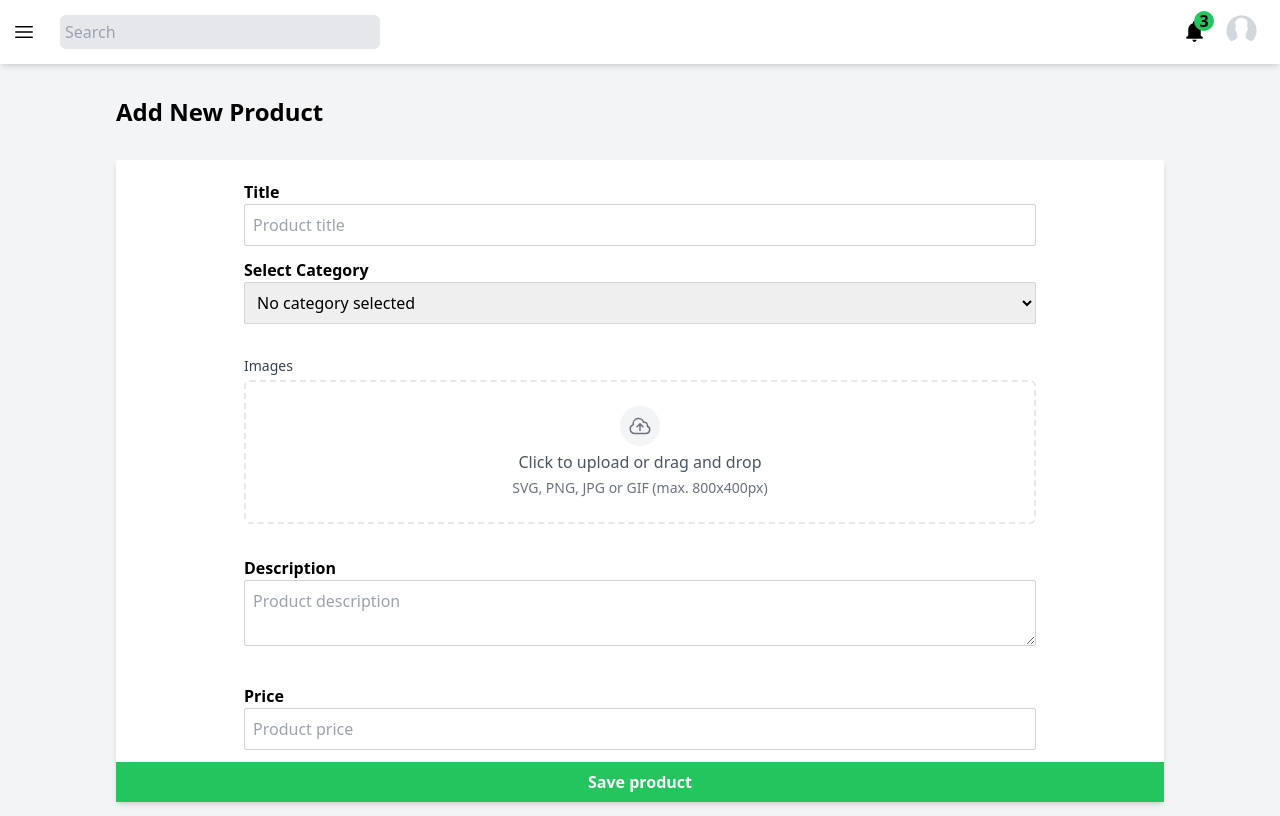
Repository: IssaMuiz/ifarmstock-admin
Page: /new-product
An editor plug-in stored every save of this project. The page is shown before and after the next save, followed by the edit.
The browser window is 1280 px wide. The pictures show the whole page.
The page's requests for data from a server got no answer. The project was rebuilt for these pictures with package versions that can differ from the ones it lists, and the page was loaded fresh each time. The framework's server and built-in components were replaced by stand-ins that run in the browser. No one was signed in, and anything a server would have sent is missing. Also part of the build but not shown: next.config.mjs.

Above is the page before, as saved 2024-10-13 00:11:13.

### app/layout.tsx
import type { Metadata } from "next";
import localFont from "next/font/local";
import "./globals.css";
import ClientSessionProvider from "../components/clientSessionProvider";

const geistSans = localFont({
  src: "./fonts/GeistVF.woff",
  variable: "--font-geist-sans",
  weight: "100 900",
});
const geistMono = localFont({
  src: "./fonts/GeistMonoVF.woff",
  variable: "--font-geist-mono",
  weight: "100 900",
});

export const metadata: Metadata = {
  title: "iFarmStock-admin",
  description: "Generated by create next app",
};

export default function RootLayout({
  children,
}: Readonly<{
  children: React.ReactNode;
}>) {
  return (
    <html lang="en">
      <body
        className={`${geistSans.variable} ${geistMono.variable} antialiased mx-5 bg-gray-100`}
      >
        <ClientSessionProvider>{children}</ClientSessionProvider>
      </body>
    </html>
  );
}

### app/new-product/page.tsx
import React from "react";

const NewProduct = () => {
  return (
    <section className="mt-24 min-h-screen  mx-12 md:mx-24">
      <div>
        <h1 className="text-2xl font-semibold mb-8">Add New Product</h1>
      </div>
      <form className="bg-white rounded-sm shadow-md">
        <div className="px-5 md:px-32 mb-3 pt-5">
          <label className="text-md font-semibold">Title</label>
          <input
            type="text"
            placeholder="Product title"
            className="w-full border border-gray-300 rounded-sm p-2"
          />
        </div>
        <div className="px-5 md:px-32 mb-3">
          <label className="text-md font-semibold pt-5">Select Category</label>
          <select className="w-full border border-gray-300 rounded-sm p-2">
            <option value="">No category selected</option>
            <option value="">Option2</option>
            <option value="">Option3</option>
          </select>
        </div>

        <div className="px-5 md:px-32 mb-3 pt-5">
          <label className="mb-1 block text-sm font-medium text-gray-700">
            Images
          </label>
          <label className="flex w-full cursor-pointer appearance-none items-center justify-center rounded-md border-2 border-dashed border-gray-200 p-6 transition-all hover:border-primary-300">
            <div className="space-y-1 text-center">
              <div className="mx-auto inline-flex h-10 w-10 items-center justify-center rounded-full bg-gray-100">
                <svg
                  xmlns="http://www.w3.org/2000/svg"
                  fill="none"
                  viewBox="0 0 24 24"
                  stroke-width="1.5"
                  stroke="currentColor"
                  className="h-6 w-6 text-gray-500"
                >
                  <path
                    stroke-linecap="round"
                    stroke-linejoin="round"
                    d="M12 16.5V9.75m0 0l3 3m-3-3l-3 3M6.75 19.5a4.5 4.5 0 01-1.41-8.775 5.25 5.25 0 0110.233-2.33 3 3 0 013.758 3.848A3.752 3.752 0 0118 19.5H6.75z"
                  />
                </svg>
              </div>
              <div className="text-gray-600">
                <a
                  href="#"
                  className="font-medium text-primary-500 hover:text-primary-700"
                >
                  Click to upload
                </a>{" "}
                or drag and drop
              </div>
              <p className="text-sm text-gray-500">
                SVG, PNG, JPG or GIF (max. 800x400px)
              </p>
            </div>
            <input type="file" className="sr-only" />
          </label>
        </div>
        <div className="px-5 md:px-32 mb-3 pt-5">
          <label className="text-md font-semibold">Description</label>
          <textarea
            placeholder="Product description"
            className="w-full border border-gray-300 rounded-sm p-2"
          />
        </div>
        <div className="px-5 md:px-32 mb-3 pt-5">
          <label className="text-md font-semibold">Price</label>
          <input
            type="number"
            placeholder="Product price"
            className="w-full border border-gray-300 rounded-sm p-2"
          />
        </div>
        <button
          type="submit"
          className="p-2 w-full hover:bg-green-600 bg-green-500 text-white font-semibold"
        >
          Save product
        </button>
      </form>
    </section>
  );
};

export default NewProduct;

### components/clientSessionProvider.tsx
"use client";

import { SessionProvider } from "next-auth/react";
import { ReactNode, useState } from "react";
import Navbar from "./navbar";
import Sidenav from "./sidenav";
import { usePathname } from "next/navigation";
export default function ClientSessionProvider({
  children,
}: {
  children: ReactNode;
}) {
  const [showSidebar, setShowSidebar] = useState(false);

  const pathname = usePathname();

  const noNavRoutes = [
    "/",
    "/forgot-password",
    "/reset-password",
    "/signup",
    "/verify-email",
  ];
  const toggleSidebar = () => {
    setShowSidebar((prev) => !prev);
  };
  return (
    <SessionProvider>
      <main className="flex ">
        <Sidenav showSidebar={showSidebar} setShowSidebar={setShowSidebar} />

        <div
          className={`fixed block xl:hidden inset-0 bg-black transition-opacity duration-300 ease-in-out z-10 ${
            showSidebar
              ? "opacity-40 pointer-events-auto"
              : "opacity-0 pointer-events-none"
          }`}
          onClick={toggleSidebar}
        ></div>
        <section
          className={`relative z-0 transition-all duration-300 ease-in-out ${
            showSidebar ? "xl:ml-64" : "w-full"
          }  flex-1`}
        >
          {!noNavRoutes.includes(pathname) && (
            <Navbar toggleSidebar={toggleSidebar} showSidebar={showSidebar} />
          )}

          {children}
        </section>
      </main>
    </SessionProvider>
  );
}

### components/navbar.tsx
import React, { useEffect, useRef } from "react";
import { useSession } from "next-auth/react";
import Image from "next/image";
import { useState } from "react";
import { signOut } from "next-auth/react";

interface ToggleSidebar {
  toggleSidebar: (event: React.MouseEvent<HTMLOrSVGElement>) => void;
  showSidebar: boolean;
}
const Navbar = ({ toggleSidebar, showSidebar }: ToggleSidebar) => {
  const [showProfile, setShowProfile] = useState(false);
  const { data: session } = useSession();
  const dropdownRef = useRef<HTMLDivElement>(null);

  const toggleShowProfile = () => {
    setShowProfile((prev) => !prev);
  };

  const handleClickOutside = (e: MouseEvent) => {
    if (
      dropdownRef.current &&
      !dropdownRef.current.contains(e.target as Node)
    ) {
      setShowProfile(false);
    }
  };

  useEffect(() => {
    document.addEventListener("mousedown", handleClickOutside);

    return () => {
      document.removeEventListener("mousedown", handleClickOutside);
    };
  }, []);
  return (
    <nav
      className={`bg-white h-16 fixed top-0 left-0 ${
        showSidebar ? "xl:left-64" : "w-full"
      } right-0 shadow-md z-10 transition-all ease-in-out duration-300`}
    >
      <div className="mx-auto flex justify-between p-2">
        <div className="leftnav flex-1 flex gap-2 md:gap-5 items-center ">
          <svg
            onClick={toggleSidebar}
            xmlns="http://www.w3.org/2000/svg"
            viewBox="0 0 24 24"
            strokeWidth={1.5}
            stroke="currentColor"
            className="size-8 rounded-sm cursor-pointer p-1 hover:bg-gray-300"
          >
            <path
              strokeLinecap="round"
              strokeLinejoin="round"
              d="M3.75 6.75h16.5M3.75 12h16.5m-16.5 5.25h16.5"
            />
          </svg>

          <input
            type="text"
            placeholder="Search"
            className="p-1 bg-gray-200 rounded-md max-w-80 flex-1 border outline-none"
          />
        </div>
        <div className="right-nav flex items-center gap-1 ml-2">
          <div className="relative cursor-pointer hover:bg-gray-300 rounded-sm p-2">
            <svg
              xmlns="http://www.w3.org/2000/svg"
              x="0px"
              y="0px"
              width="25"
              height="25"
              viewBox="0 0 24 24"
              className="fill:#1A1A1A;"
            >
              <path d="M 12 2 C 11.172 2 10.5 2.672 10.5 3.5 L 10.5 4.1953125 C 7.9131836 4.862095 6 7.2048001 6 10 L 6 16 L 4.4648438 17.15625 L 4.4628906 17.15625 A 1 1 0 0 0 4 18 A 1 1 0 0 0 5 19 L 12 19 L 19 19 A 1 1 0 0 0 20 18 A 1 1 0 0 0 19.537109 17.15625 L 18 16 L 18 10 C 18 7.2048001 16.086816 4.862095 13.5 4.1953125 L 13.5 3.5 C 13.5 2.672 12.828 2 12 2 z M 10 20 C 10 21.1 10.9 22 12 22 C 13.1 22 14 21.1 14 20 L 10 20 z"></path>
            </svg>
            <span className=" absolute flex items-center justify-center font-semibold top-0 left-5 bg-green-500 p-1 h-5 w-5 rounded-full">
              3
            </span>
          </div>
          <div className="relative ">
            <div
              className="cursor-pointer hover:bg-gray-100 flex items-center"
              onClick={toggleShowProfile}
            >
              <Image
                src={session?.user?.image || "/assets/images/avatar.png"}
                alt="profile-image"
                width={45}
                height={45}
                className="rounded-md p-1"
              />
              <div className="flex-col hidden md:flex p-1">
                <p className="font-semibold text-xs">{session?.user?.name}</p>
                <p>{session?.user?.email}</p>
              </div>
            </div>
            {showProfile && (
              <div
                ref={dropdownRef}
                className="bg-white shadow top-14 -right-2 absolute w-60 md:w-[18rem] text-xl font-semibold rounded-sm "
              >
                <div className="flex flex-col gap-3">
                  <p className="hover:bg-gray-300 cursor-pointer px-4 py-2 mt-5 transition-all ease-in-out duration-300 text-xs">
                    Profile
                  </p>
                  <hr />
                  <p
                    onClick={() => signOut()}
                    className="hover:bg-gray-300 cursor-pointer px-4 py-2 mb-2 transition-all ease-in-out duration-300 border-gray-300 text-xs"
                  >
                    Sign Out
                  </p>
                </div>
              </div>
            )}
          </div>
        </div>
      </div>
    </nav>
  );
};

export default Navbar;

### components/sidenav.tsx
import React from "react";
import Link from "next/link";

interface Sidebar {
  showSidebar: boolean;
  setShowSidebar: (Sidebar: boolean) => void;
}
const Sidenav = ({ showSidebar, setShowSidebar }: Sidebar) => {
  const closeSidebar = () => {
    if (window.innerWidth < 1280) {
      setShowSidebar(false);
    }
  };
  return (
    <aside className="h-20 overflow-y-auto">
      <div
        className={`fixed w-64 overflow-x-hidden scrollbar  overflow-auto z-20 left-0 top-0 bottom-0 transform transition-transform duration-300  bg-gray-600 ${
          showSidebar ? "translate-x-0" : "-translate-x-full"
        }`}
      >
        <div className="bg-green-600 h-16 flex items-center gap-2 font-bold justify-center">
          <p className="text-2xl">iFarmStock</p>
          <p className="bg-white p-1 rounded-sm font-semibold text-sm">ADMIN</p>
        </div>
        <div className="flex flex-col items-start gap-6 text-white text-base font-semibold mt-10">
          <Link
            onClick={closeSidebar}
            href="/dashboard"
            className="flex gap-5 w-full items-center py-3 px-6 hover:bg-gray-500 cursor-pointer"
          >
            <svg
              width="25px"
              height="25px"
              viewBox="0 0 24 24"
              fill="none"
              xmlns="http://www.w3.org/2000/svg"
            >
              <path
                d="M21.54 19.25H21.31C21.2159 19.2194 21.1288 19.1706 21.0537 19.1062C20.9785 19.0418 20.9169 18.9632 20.8723 18.8749C20.8277 18.7866 20.8009 18.6903 20.7937 18.5917C20.7864 18.493 20.7988 18.3939 20.83 18.3C21.2622 16.9152 21.3626 15.4482 21.1231 14.0175C20.8837 12.5868 20.3111 11.2324 19.4516 10.0638C18.5921 8.89521 17.4698 7.94514 16.1754 7.29034C14.8809 6.63553 13.4506 6.29435 12 6.29435C10.5494 6.29435 9.11906 6.63553 7.82462 7.29034C6.53019 7.94514 5.4079 8.89521 4.54841 10.0638C3.68892 11.2324 3.11633 12.5868 2.87688 14.0175C2.63743 15.4482 2.73784 16.9152 3.17 18.3C3.21197 18.396 3.23338 18.4997 3.23284 18.6044C3.2323 18.7092 3.20983 18.8126 3.16687 18.9082C3.12391 19.0037 3.06142 19.0892 2.98341 19.1591C2.90541 19.229 2.81363 19.2818 2.71398 19.314C2.61434 19.3463 2.50903 19.3574 2.40485 19.3465C2.30068 19.3356 2.19994 19.303 2.10912 19.2508C2.01831 19.1986 1.93943 19.128 1.87758 19.0434C1.81573 18.9589 1.77226 18.8624 1.75 18.76C1.28255 17.2814 1.14055 15.7191 1.33375 14.1804C1.52694 12.6417 2.05074 11.1631 2.86922 9.84591C3.68769 8.52873 4.78146 7.40423 6.07545 6.54957C7.36945 5.69492 8.83303 5.13034 10.3658 4.89459C11.8985 4.65884 13.4641 4.7575 14.9551 5.1838C16.4461 5.61009 17.8273 6.35393 19.0037 7.36426C20.1802 8.3746 21.1241 9.62751 21.7708 11.037C22.4174 12.4465 22.7515 13.9792 22.75 15.53C22.75 16.6259 22.5814 17.7154 22.25 18.76C22.1977 18.9057 22.1011 19.0313 21.9738 19.1192C21.8464 19.2071 21.6947 19.2528 21.54 19.25Z"
                fill="#ffffff"
              />
              <path
                d="M21.54 19.25H2.45999C2.26108 19.25 2.07031 19.171 1.92966 19.0303C1.78901 18.8897 1.70999 18.6989 1.70999 18.5C1.70999 18.3011 1.78901 18.1103 1.92966 17.9697C2.07031 17.829 2.26108 17.75 2.45999 17.75H21.54C21.7389 17.75 21.9297 17.829 22.0703 17.9697C22.211 18.1103 22.29 18.3011 22.29 18.5C22.29 18.6989 22.211 18.8897 22.0703 19.0303C21.9297 19.171 21.7389 19.25 21.54 19.25Z"
                fill="#ffffff"
              />
              <path
                d="M12 16.25C11.9015 16.2505 11.8038 16.2312 11.7128 16.1935C11.6218 16.1557 11.5392 16.1001 11.47 16.03C11.3295 15.8894 11.2507 15.6988 11.2507 15.5C11.2507 15.3013 11.3295 15.1106 11.47 14.97L15.47 10.97C15.613 10.8661 15.788 10.8161 15.9643 10.8287C16.1406 10.8413 16.3067 10.9157 16.4335 11.0389C16.5602 11.162 16.6394 11.326 16.6571 11.5018C16.6747 11.6777 16.6297 11.8541 16.53 12L12.53 16C12.4633 16.0756 12.3819 16.1367 12.2908 16.1797C12.1997 16.2227 12.1007 16.2466 12 16.25Z"
                fill="#ffffff"
              />
            </svg>
            <p>Dashboard</p>
          </Link>
          <Link
            onClick={closeSidebar}
            href="/products"
            className="flex gap-5 w-full items-center py-3 px-6 hover:bg-gray-500 cursor-pointer"
          >
            <svg
              xmlns="http://www.w3.org/2000/svg"
              fill="none"
              viewBox="0 0 24 24"
              strokeWidth={1.5}
              stroke="currentColor"
              className="size-6"
            >
              <path
                strokeLinecap="round"
                strokeLinejoin="round"
                d="M6 6.878V6a2.25 2.25 0 0 1 2.25-2.25h7.5A2.25 2.25 0 0 1 18 6v.878m-12 0c.235-.083.487-.128.75-.128h10.5c.263 0 .515.045.75.128m-12 0A2.25 2.25 0 0 0 4.5 9v.878m13.5-3A2.25 2.25 0 0 1 19.5 9v.878m0 0a2.246 2.246 0 0 0-.75-.128H5.25c-.263 0-.515.045-.75.128m15 0A2.25 2.25 0 0 1 21 12v6a2.25 2.25 0 0 1-2.25 2.25H5.25A2.25 2.25 0 0 1 3 18v-6c0-.98.626-1.813 1.5-2.122"
              />
            </svg>

            <p>Products</p>
          </Link>
          <Link
            onClick={closeSidebar}
            href="/categories"
            className="flex gap-5 w-full items-center py-3 px-6 hover:bg-gray-500 cursor-pointer"
          >
            <svg
              xmlns="http://www.w3.org/2000/svg"
              fill="none"
              viewBox="0 0 24 24"
              strokeWidth={1.5}
              stroke="currentColor"
              className="size-6"
            >
              <path
                strokeLinecap="round"
                strokeLinejoin="round"
                d="M20.25 6.375c0 2.278-3.694 4.125-8.25 4.125S3.75 8.653 3.75 6.375m16.5 0c0-2.278-3.694-4.125-8.25-4.125S3.75 4.097 3.75 6.375m16.5 0v11.25c0 2.278-3.694 4.125-8.25 4.125s-8.25-1.847-8.25-4.125V6.375m16.5 0v3.75m-16.5-3.75v3.75m16.5 0v3.75C20.25 16.153 16.556 18 12 18s-8.25-1.847-8.25-4.125v-3.75m16.5 0c0 2.278-3.694 4.125-8.25 4.125s-8.25-1.847-8.25-4.125"
              />
            </svg>

            <p>Categories</p>
          </Link>
          <Link
            onClick={closeSidebar}
            href="/orders"
            className="flex gap-5 w-full items-center py-3 px-6 hover:bg-gray-500 cursor-pointer"
          >
            <svg
              xmlns="http://www.w3.org/2000/svg"
              fill="none"
              viewBox="0 0 24 24"
              strokeWidth={1.5}
              stroke="currentColor"
              className="size-6"
            >
              <path
                strokeLinecap="round"
                strokeLinejoin="round"
                d="M2.25 3h1.386c.51 0 .955.343 1.087.835l.383 1.437M7.5 14.25a3 3 0 0 0-3 3h15.75m-12.75-3h11.218c1.121-2.3 2.1-4.684 2.924-7.138a60.114 60.114 0 0 0-16.536-1.84M7.5 14.25 5.106 5.272M6 20.25a.75.75 0 1 1-1.5 0 .75.75 0 0 1 1.5 0Zm12.75 0a.75.75 0 1 1-1.5 0 .75.75 0 0 1 1.5 0Z"
              />
            </svg>

            <p>Orders</p>
          </Link>
          <Link
            onClick={closeSidebar}
            href="/customers"
            className="flex gap-5 w-full items-center py-3 px-6 hover:bg-gray-500 cursor-pointer"
          >
            <svg
              xmlns="http://www.w3.org/2000/svg"
              fill="none"
              viewBox="0 0 24 24"
              strokeWidth={1.5}
              stroke="currentColor"
              className="size-6"
            >
              <path
                strokeLinecap="round"
                strokeLinejoin="round"
                d="M15.75 6a3.75 3.75 0 1 1-7.5 0 3.75 3.75 0 0 1 7.5 0ZM4.501 20.118a7.5 7.5 0 0 1 14.998 0A17.933 17.933 0 0 1 12 21.75c-2.676 0-5.216-.584-7.499-1.632Z"
              />
            </svg>

            <p>Customers</p>
          </Link>
          <Link
            onClick={closeSidebar}
            href="/settings"
            className="flex gap-5 w-full items-center py-3 px-6 hover:bg-gray-500 cursor-pointer"
          >
            <svg
              xmlns="http://www.w3.org/2000/svg"
              fill="none"
              viewBox="0 0 24 24"
              strokeWidth={1.5}
              stroke="currentColor"
              className="size-6"
            >
              <path
                strokeLinecap="round"
                strokeLinejoin="round"
                d="M9.594 3.94c.09-.542.56-.94 1.11-.94h2.593c.55 0 1.02.398 1.11.94l.213 1.281c.063.374.313.686.645.87.074.04.147.083.22.127.325.196.72.257 1.075.124l1.217-.456a1.125 1.125 0 0 1 1.37.49l1.296 2.247a1.125 1.125 0 0 1-.26 1.431l-1.003.827c-.293.241-.438.613-.43.992a7.723 7.723 0 0 1 0 .255c-.008.378.137.75.43.991l1.004.827c.424.35.534.955.26 1.43l-1.298 2.247a1.125 1.125 0 0 1-1.369.491l-1.217-.456c-.355-.133-.75-.072-1.076.124a6.47 6.47 0 0 1-.22.128c-.331.183-.581.495-.644.869l-.213 1.281c-.09.543-.56.94-1.11.94h-2.594c-.55 0-1.019-.398-1.11-.94l-.213-1.281c-.062-.374-.312-.686-.644-.87a6.52 6.52 0 0 1-.22-.127c-.325-.196-.72-.257-1.076-.124l-1.217.456a1.125 1.125 0 0 1-1.369-.49l-1.297-2.247a1.125 1.125 0 0 1 .26-1.431l1.004-.827c.292-.24.437-.613.43-.991a6.932 6.932 0 0 1 0-.255c.007-.38-.138-.751-.43-.992l-1.004-.827a1.125 1.125 0 0 1-.26-1.43l1.297-2.247a1.125 1.125 0 0 1 1.37-.491l1.216.456c.356.133.751.072 1.076-.124.072-.044.146-.086.22-.128.332-.183.582-.495.644-.869l.214-1.28Z"
              />
              <path
                strokeLinecap="round"
                strokeLinejoin="round"
                d="M15 12a3 3 0 1 1-6 0 3 3 0 0 1 6 0Z"
              />
            </svg>

            <p>Settings</p>
          </Link>
        </div>
      </div>
    </aside>
  );
};

export default Sidenav;

Loaded but not shown: app/globals.css (common file); tailwind.config.ts (common file)

After the next save:
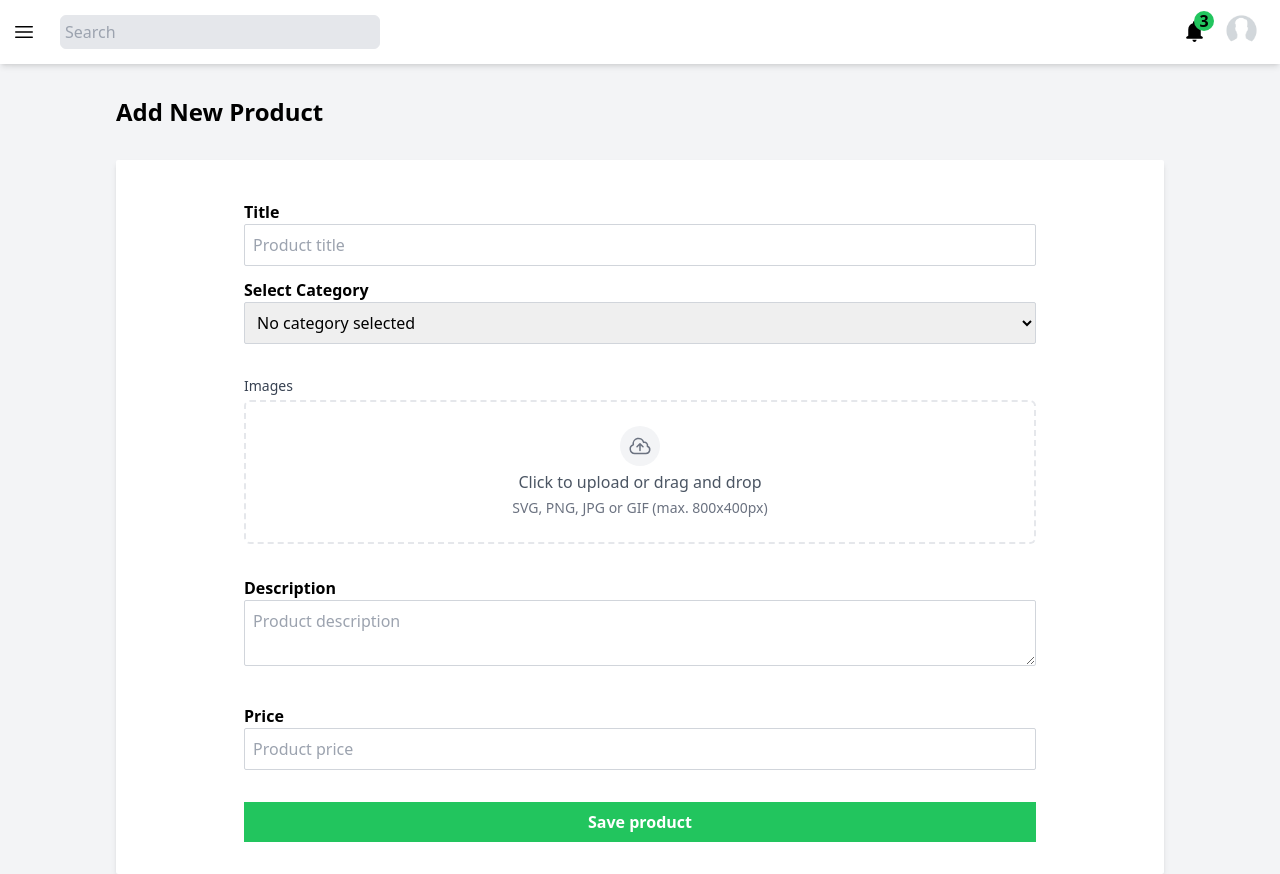
Saved 82 s later.
--- a/app/new-product/page.tsx
+++ b/app/new-product/page.tsx
@@ -6,7 +6,7 @@ const NewProduct = () => {
       <div>
         <h1 className="text-2xl font-semibold mb-8">Add New Product</h1>
       </div>
-      <form className="bg-white rounded-sm shadow-md">
+      <form className="bg-white rounded-sm shadow-md py-5">
         <div className="px-5 md:px-32 mb-3 pt-5">
           <label className="text-md font-semibold">Title</label>
           <input
@@ -77,12 +77,14 @@ const NewProduct = () => {
             className="w-full border border-gray-300 rounded-sm p-2"
           />
         </div>
-        <button
-          type="submit"
-          className="p-2 w-full hover:bg-green-600 bg-green-500 text-white font-semibold"
-        >
-          Save product
-        </button>
+        <div className="px-5 md:px-32 mb-3 pt-5">
+          <button
+            type="submit"
+            className="p-2 w-full hover:bg-green-600 bg-green-500 text-white font-semibold"
+          >
+            Save product
+          </button>
+        </div>
       </form>
     </section>
   );
